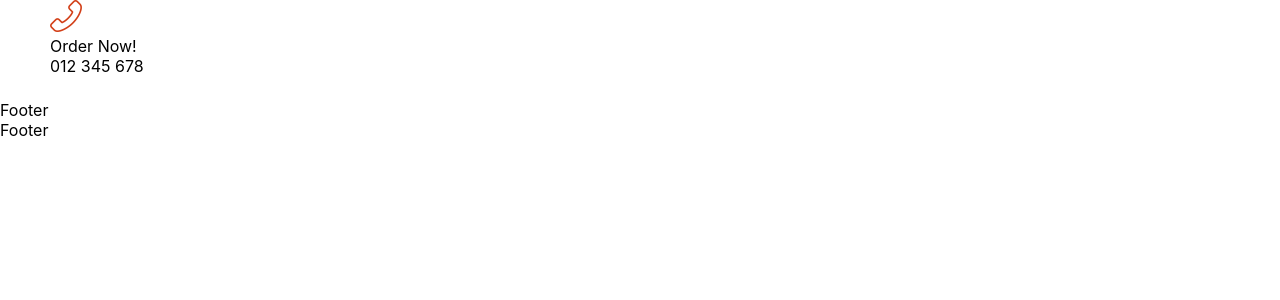
Repository: exiled-kal/RestuarantNextJS
Page: /components/Layout
The author's editor kept a copy of each file at every save. The page is drawn from the files as they stood at one save, then again after a run of saves.
The browser window is 1280 px wide. The pictures show the whole page.
The project was rebuilt for these pictures with package versions that can differ from the ones it lists, and the page was loaded fresh each time. The framework's server and built-in components were replaced by stand-ins that run in the browser. Also part of the build but not shown: next.config.js.

Above is the page before, as saved 2021-12-13 21:20:44.

After the next 3 saves:
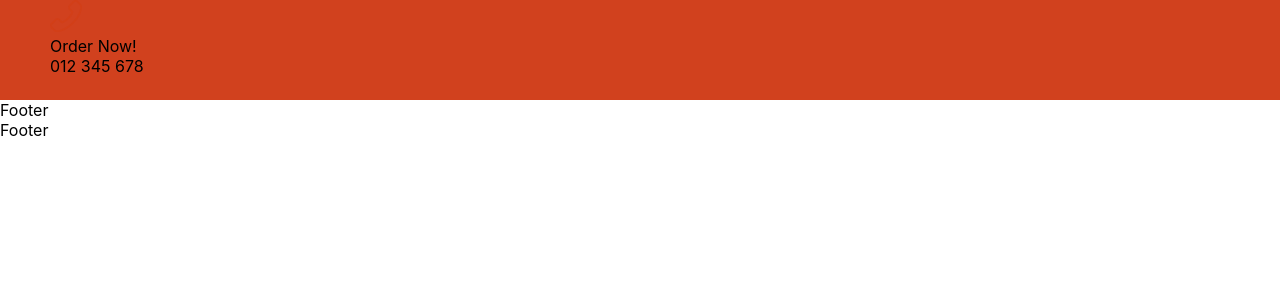
The 3 saves are shown as one change because they came seconds apart.
The last was saved 7 s later.
--- a/styles/Navbar.module.css
+++ b/styles/Navbar.module.css
@@ -1,5 +1,6 @@
 .container {
   height: 100px;
   padding: 0px 50px;
-  background-color: #
+  background-color: #d1411e;
+
 }
